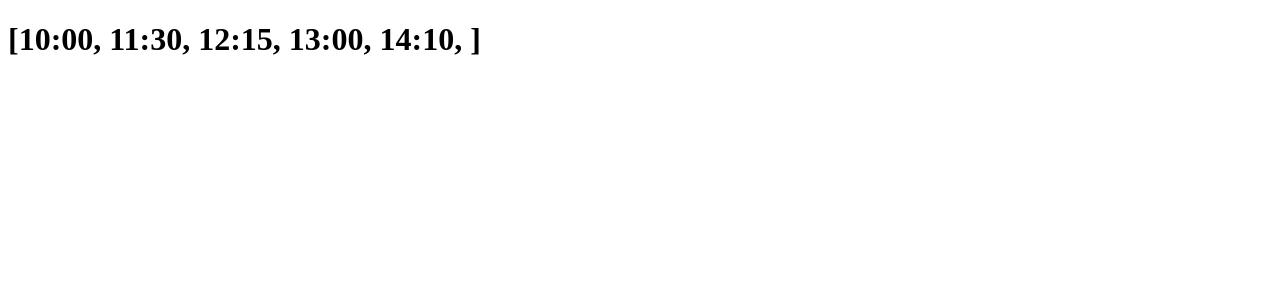
Repository: tsydikov/react_test_task_part2
Page: /
These files come from the project's save history. The page is drawn as it stood at one moment and after the next save; the edit follows.
The browser window is 1280 px wide. The pictures show the whole page.
The project was rebuilt for these pictures with package versions that can differ from the ones it lists, and the page was loaded fresh each time.

Above is the page before, as saved 2021-09-05 10:14:47.

After the next save:
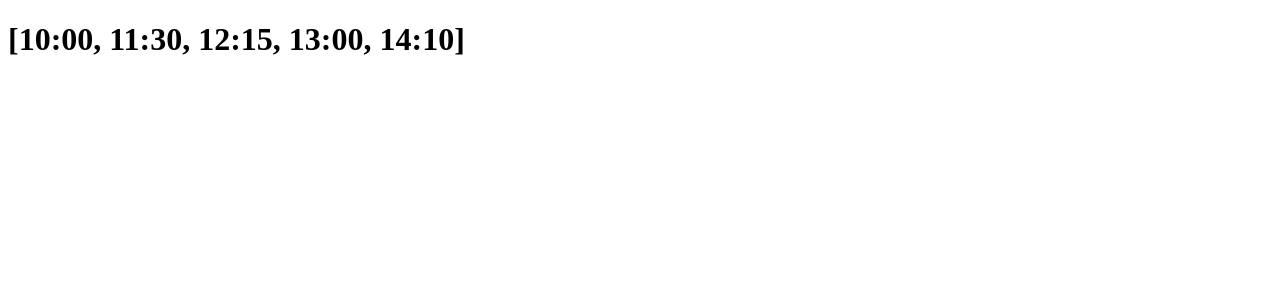
Saved 6 s later.
--- a/src/App.js
+++ b/src/App.js
@@ -24,7 +24,7 @@ function App() {
   console.log(workingIntervals[workingIntervals.length-1])
   return (
     <div className="App">
-      <h1>[{workingIntervals.map(interval => (interval === workingIntervals[workingIntervals.length]) ? interval : (interval+', ')
+      <h1>[{workingIntervals.map(interval => (interval === workingIntervals[workingIntervals.length-1]) ? interval : (interval+', ')
          )}]</h1>
     </div>
   );
